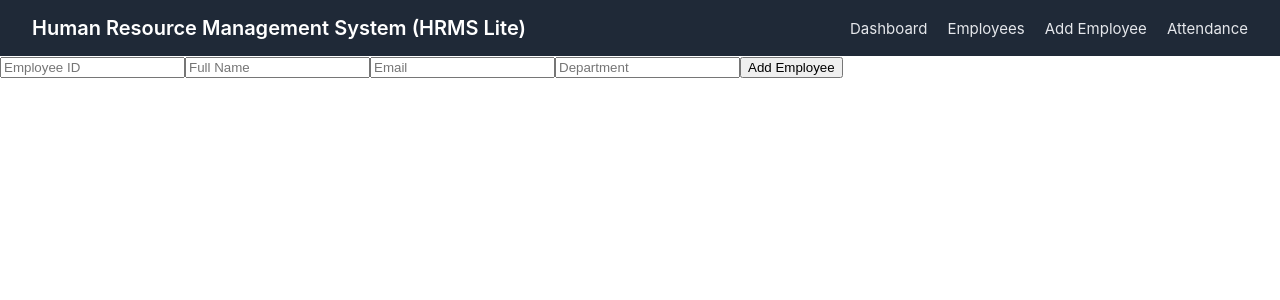
Repository: gautamsonam011/hrmsfrontend
Page: /employees/add
An editor plug-in stored every save of this project. The page is shown before and after the next save, followed by the edit.
The browser window is 1280 px wide. The pictures show the whole page.
The project was rebuilt for these pictures with package versions that can differ from the ones it lists, and the page was loaded fresh each time. Also part of the build but not shown: src/components/Loader.jsx, src/components/EmptyState.jsx, src/pages/Employees.jsx, src/components/ErrorState.jsx, src/pages/Attendance.jsx, src/api/attendanceApi.js, src/pages/AddAttendance.jsx.

Above is the page before, as saved 2026-01-31 18:21:04.

After the next save:
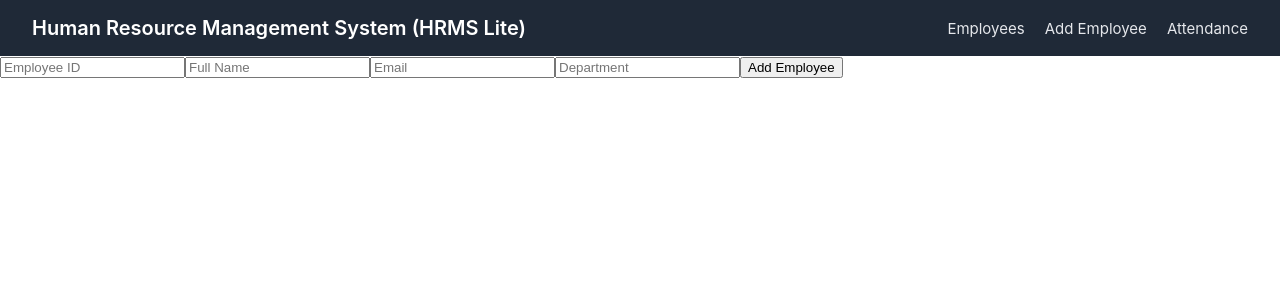
Saved 10 s later.
--- a/src/components/Navbar.jsx
+++ b/src/components/Navbar.jsx
@@ -7,9 +7,6 @@ export default function Navbar() {
 
       <div style={styles.links}>
         <NavLink to="/" style={styles.link}>
-          Dashboard
-        </NavLink>
-        <NavLink to="/employees" style={styles.link}>
           Employees
         </NavLink>
         <NavLink to="/employees/add" style={styles.link}>
